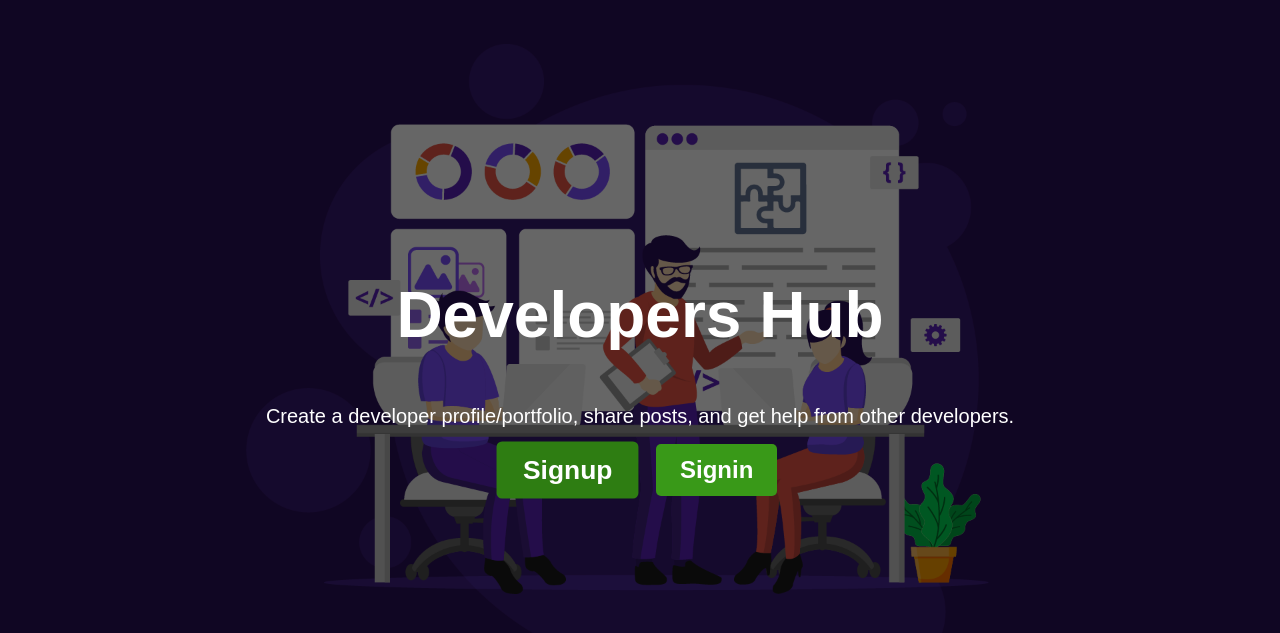
Repository: sayyad-mukthumsa-123/DevMania
Page: / (app in frontend/)
The author's editor kept a copy of each file at every save. The page is drawn from the files as they stood at one save, then again after the next save.
The browser window is 1280 px wide. The pictures show the whole page.
The pointer rests on the first visible `.btn-auth`.
The project was rebuilt for these pictures with package versions that can differ from the ones it lists, and the page was loaded fresh each time. Also part of the build but not shown: frontend/src/pages/login.js, frontend/src/pages/register.js, frontend/src/pages/Allprofiles.js, frontend/src/pages/MyProfile.js, frontend/src/pages/Indprofile.js.

Above is the page before, as saved 2025-03-01 00:02:47.

### frontend/public/index.html
<!-- public/index.html -->
<!DOCTYPE html>
<html lang="en">
<head>
  <meta charset="UTF-8">
  <meta name="viewport" content="width=device-width, initial-scale=1.0">
  <title>Developers Hub</title>
  <link rel="stylesheet" href="https://cdnjs.cloudflare.com/ajax/libs/font-awesome/5.15.3/css/all.min.css">
</head>
<body>
  <div id="root"></div>
</body>
</html>

### frontend/src/App.js
import React from 'react'
import {BrowserRouter,Route,Routes} from 'react-router-dom'
import Home from './pages/Home'
import Login from './pages/login'
import Register from './pages/register'
import Allprofiles from './pages/Allprofiles'
import MyProfile from './pages/MyProfile'
import Indprofile from './pages/Indprofile'

const App = () => {
  return (
    <div>

      <BrowserRouter>
      <Routes>
        <Route path='/' exact Component={Home}/>
        <Route path='/login' exact Component={Login}/>
        <Route path='/register' exact Component={Register}/>
        <Route path='/allprofiles' exact Component={Allprofiles}/>
        <Route path='/myprofile' exact Component={MyProfile}/>
        <Route path='/indprofile/:fullname/:email/:skill/:id' exact Component={Indprofile}/>
      </Routes>
      </BrowserRouter>
    </div>
  )
}

export default App

### frontend/src/pages/Home.js
import React from 'react';
import { Link } from 'react-router-dom';
import '../styles/styles.css';  // Adjust the path based on your file structure


const Home = () => {
  return (
    <>
      <section className='landing' >
        <div className='dark-overlay'>
          <div className='landing-inner'>

            <h1 className='x-large'>Developers Hub</h1>
            <p className='lead'>
              Create a developer profile/portfolio, share posts, and get help from other developers.
            </p>
            <div className='buttons'>
              <Link to="/register" className="btn btn-auth">Signup</Link>
              <Link to="/login" className="btn btn-auth">Signin</Link>
            </div>
          </div>
        </div>
      </section>
    </>
  );
}
export default Home;

### frontend/src/styles/styles.css
/* General reset */
body, html {
  margin: 0;
  padding: 0;
  font-family: Arial, sans-serif;
  width: 100%;
  min-height: 100vh;

}

/* Navbar styles */
.navbar {
  display: flex;
  justify-content: space-between;
  align-items: center;
  padding: 4px;
  font-size: x-large;
  background-color: #22580f
}

.navbar h1 a {
  color: #ffffff;
  text-decoration: none;
}

.navbar ul {
  list-style: none;
  display: flex;
  margin: 0;
  padding: 10px;
  font-size: larger;
}
.navbar ul li
{
  padding: 10px;
  transition: all 0.3s ease;
}
.navbar ul li:hover
{
  transform: scale(1.2);
}
.navbar ul li {
  margin-left: 1rem;
}

.navbar ul li a {
  color: #ffffff;
  text-decoration: none;
}

/* Landing page styles */
/* .landing {
  height: 100%;
  display: flex;
  align-items: center;
  justify-content: center;
  color: black;
  position: relative;
}

.dark-overlay {
  position: absolute;
  top: 0;
  left: 0;
  right: 0;
  bottom: 0;
}

.landing-inner {
  text-align: center;
  z-index: 2;
  position: relative;
}

.x-large {
  font-size: 4rem;
}

.lead {
  font-size: 1.5rem;
  margin-bottom: 2rem;
  color: black;
}

.buttons .btn ,.btn{
  margin: 3rem 2rem;
  padding: 0.75rem 1.25rem;
  border: none;
  border-radius: 5px;
  cursor: pointer;
  text-decoration: none;
  font-size: x-large;
  background-color:#399918 ;
  color: #ffffff;
}


.btn-auth {
  transition: all 0.3s ease;
}
.btn-auth:hover
{
  transform: scale(1.1);
} */

.landing {
  height: 100vh;
  display: flex;
  align-items: center;
  justify-content: center;
  color: white;
  position: relative;
  background: url('../images/home.png') no-repeat center center/cover;
  text-align: center;
  flex-direction: column;
}

.dark-overlay {
  position: absolute;
  top: 0;
  left: 0;
  right: 0;
  bottom: 0;
  background: rgba(0, 0, 0, 0.6); /* Adds a dark overlay for better text visibility */
  display: flex;
  flex-direction: column;
  justify-content: center;
  align-items: center;
}

.landing-inner {
  text-align: center;
  z-index: 2;
  position: relative;
  padding: 2rem;
  max-width: 800px;
}

.x-large {
  font-size: 4rem;
  font-weight: bold;
}

.lead {
  font-size: 1.5rem;
  margin-bottom: 2rem;
}

.buttons {
  display: flex;
  justify-content: center;
  gap: 1.5rem;
}

.btn, .btn-auth {
  width: auto;
  padding: 0.75rem 1.5rem;
  border: none;
  border-radius: 8px;
  cursor: pointer;
  text-decoration: none;
  font-size: 1.25rem;
  font-weight: bold;
  background-color: #399918;
  color: #ffffff;
  transition: all 0.3s ease;
}

.btn-auth:hover {
  transform: scale(1.1);
  background-color: #2e7d12;
  transition: all;
}

/* Ensure Navbar stays at the top */
.navbar {
  position: absolute;
  top: 0;
  left: 0;
  width: 100%;
  z-index: 3;
}


/* Container styles */
.container {
  width: 600px;
  margin: 2rem auto;
  padding: 30px;
  border: 2px solid #399918;
  color: black;
  border-radius: 8px;
  position: relative; /* To ensure proper z-index handling */
  z-index: 1; /* Ensures the container is above any background effects */
}

/* Form styles */
.form {


  display: flex;
  flex-direction: column;
}

.form-group {
  margin-bottom: 1.5rem;
}

.form-text
{
  margin:5px !important;
}
/* .form-group input {
  width: 10%;
  padding: 0.75rem;
  font-size: 1rem;
  border: 1px solid black;
  border-radius: 5px;
  transition: border-color 0.3s ease-in-out, box-shadow 0.3s ease-in-out;
} */

.form-group input:focus {
  border-color: #f6f7f9;
  box-shadow: 0 0 8px rgba(0, 123, 255, 0.3);
  outline: none;
}

.btn {
  display: inline-block;
  padding: 0.75rem 1.5rem;
  border: none;
  border-radius: 5px;
  cursor: pointer;
  text-decoration: none;
  font-size: 1.5rem;
  text-align: center;
}

/* .btn-primary {
  background-color: #007bff;
  color: #ffffff;
}

.btn-primary:hover {
  background-color: #0056b3;
  opacity: 0.9;
} */

/* .text-primary {
  color: #f6f8fb;
} */

.large {
  margin: 0 !important;
  font-size: 2rem;
  margin-bottom: 1rem;
}

.lead {
  font-size: 1.25rem;
  margin-bottom: 1rem;
}

.error {
  color: red;
  margin-top: 1rem;
}

p {
  margin-top: 1rem;
}
.link-auth{
  color:#399918;
  text-decoration: none;
  cursor: pointer;
  padding-left:10px ;
  transition: all 0.3s ease;
  display: inline-block;
  font-size: large;
}
.link-auth:hover
{
  transform: scale(1.3);
}
/* Profiles styles */
.profiles {
  display: flex;
  flex-direction: column;
  gap: 1rem;
}

.profile {
  background-color: #f4f4f4;
  padding: 1rem;
  display: flex;
  align-items: center;
  border: 1px solid #ccc;
  box-shadow: 0 4px 8px rgba(0, 0, 0, 0.1);
  border-radius: 5px;
  margin-bottom: 1rem;
}

.profile .round-img {
  width: 100px;
  border-radius: 50%;
  margin-right: 1rem;
}

.profile-info {
  flex: 1;
}

.profile-info h2 {
  margin: 0 0 0.5rem 0;
}

.profile-info p {
  margin: 0.5rem 0;
}

.profile-info .btn {
  display: inline-block;
  background-color:#399918;
  color: #fff;
  padding: 0.5rem 1rem;
  text-decoration: none;
  border-radius: 0.25rem;
  margin-top: 0.5rem;
  transition: all 0.3s ease;
}

.profile-info .btn:hover {
  transform: scale(1.1);
  background-color:#399918;
}

.profile-skills {
  list-style: none;
  padding: 0;
  display: flex;
  flex-direction: column;
  gap: 0.5rem;
  margin-left: 1rem;
  color: black;
}

.profile-skills li {
  display: flex;
  align-items: center;
  color:greenyellow;
}

.profile-skills li i {
  margin-right: 0.5rem;
}

/* GitHub Section */
.profile-github {
  margin-top: 1rem;
}

.profile-github h2 {
  margin-bottom: 1rem;
}

.repo {
  background: #fff;
  padding: 1rem;
  margin-bottom: 1rem;
  border: 1px solid #ccc;
}

.repo h4 {
  margin: 0.5rem 0;
}

.repo p {
  margin: 0.5rem 0;
}

/* Form */
.form {
  margin-top: 1rem;
}

.form-group {
  margin-bottom: 10px;
}

.form-group input {
  width:97%;
  padding: 0.5rem;
  border: 1px solid #ccc;
  border-radius: 0.25rem;
  font-size: 1rem;
}

.form-group input:focus {
  border-color: #007bff;
  outline: none;
}

/* .btn-primary {
  background: #007bff;
  color: #fff;
  border: none;
  padding: 0.5rem 1rem;
  cursor: pointer;
}

.btn-primary:hover {
  background: #0056b3;
} */

/* Profile Grid */
.profile-grid {
  display: grid;
  grid-template-columns: 1fr;
  grid-gap: 1rem;
  margin-top: 1rem;
}

.profile-top {
  background: #0a0a0a;
  color: #fff;
  padding: 1rem;
  text-align: center;
}

.profile-top img {
  width: 150px;
  border-radius: 50%;
}

.profile-top h1 {
  margin: 0.5rem 0;
}

.profile-top p {
  margin: 0.5rem 0;
}
a{
  color:aqua
}
 .white-text {
  color: black;
}
 .skill-text {
  /* background-color: #5e585c16;  */
  color: #c51414;
  padding: 10px 15px;
  border-radius: 5px;
  display: flex;
  align-items: center;
  font-size: 16px;
  margin-top: 2px;
  /* box-shadow: 0 2px 4px rgba(0, 0, 0, 0.1);  */
}


.skill-text i {
  color: #28a745;
  margin-right: 30px;
}
.taskprovider
{
  color:#28a745;
  text-decoration: none;
  font-size: xx-large;
}

Loaded but not shown: frontend/src/index.js (common file); frontend/src/index.css (common file); frontend/src/reportWebVitals.js (common file)

After the next save:
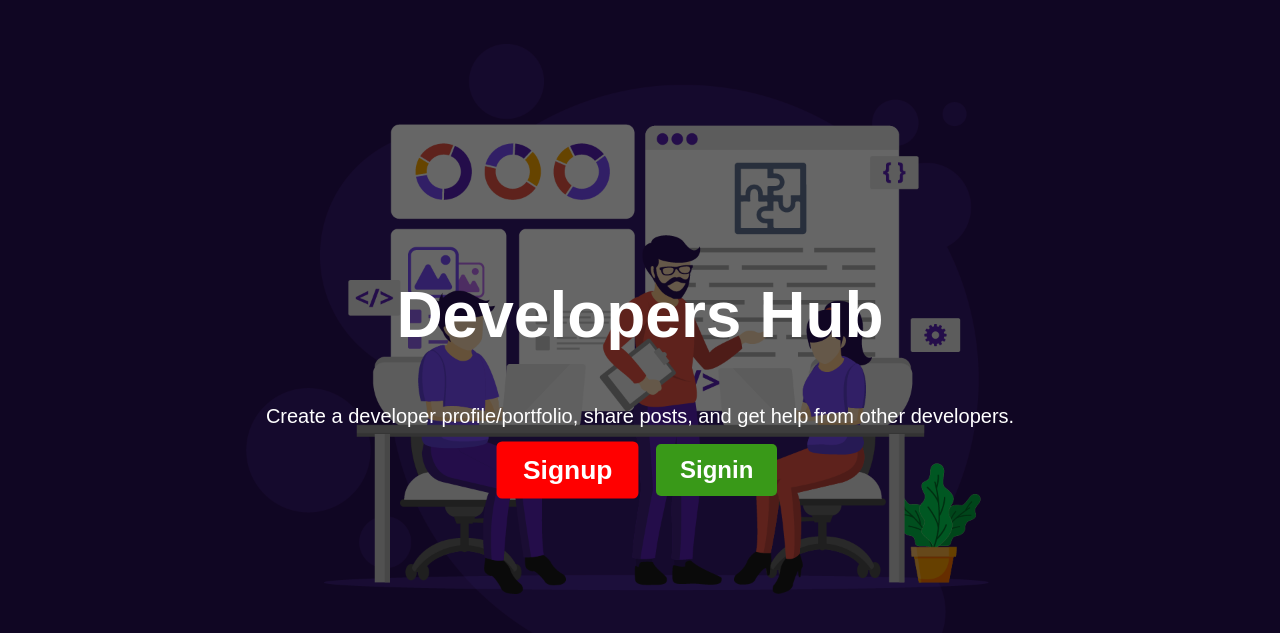
Saved 6 s later.
--- a/frontend/src/styles/styles.css
+++ b/frontend/src/styles/styles.css
@@ -168,7 +168,7 @@ body, html {
 
 .btn-auth:hover {
   transform: scale(1.1);
-  background-color: #2e7d12;
+  background-color: red;
   transition: all;
 }
 
